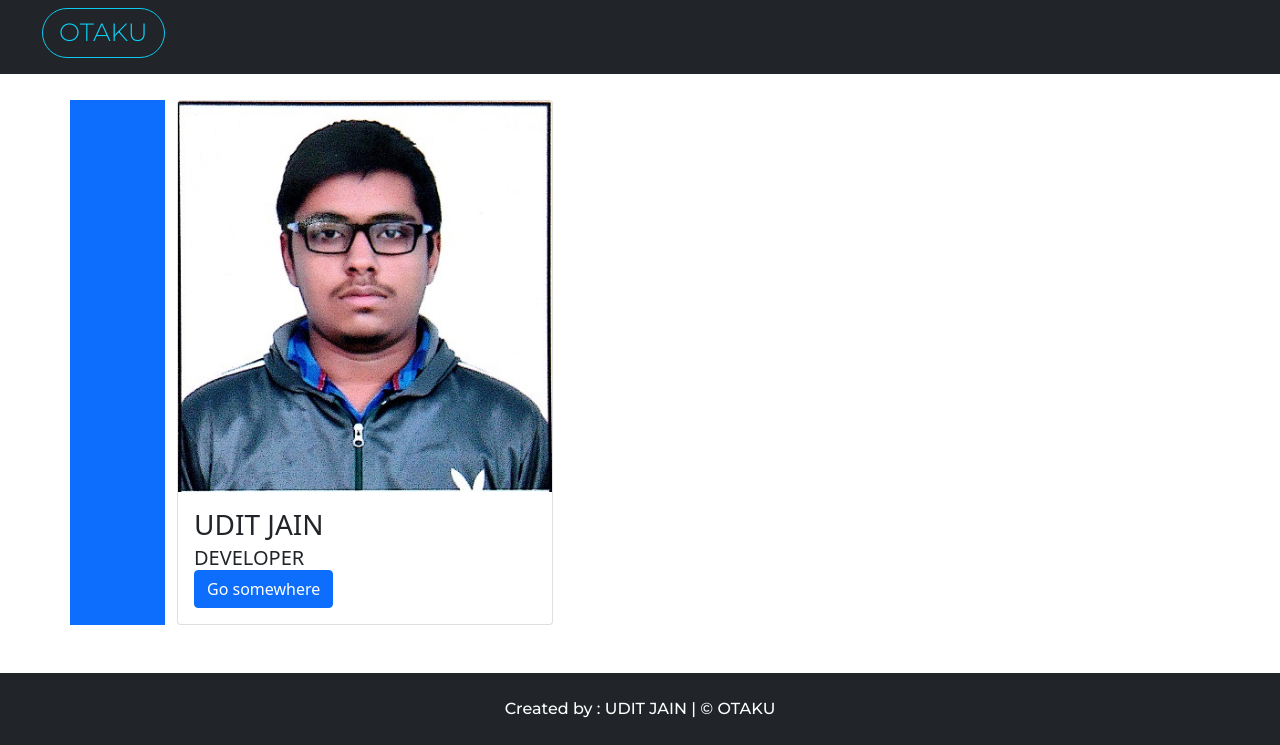
Repository: uditjain100/Responsive-Resume
Page: layouts/index.html
These files come from the project's save history. The page is drawn as it stood at one moment and after the next save; the edit follows.
The browser window is 1280 px wide. The pictures show the whole page.
Some web libraries are served in a nearby version.

Above is the page before, as saved 2021-03-01 13:42:17.

After the next save:
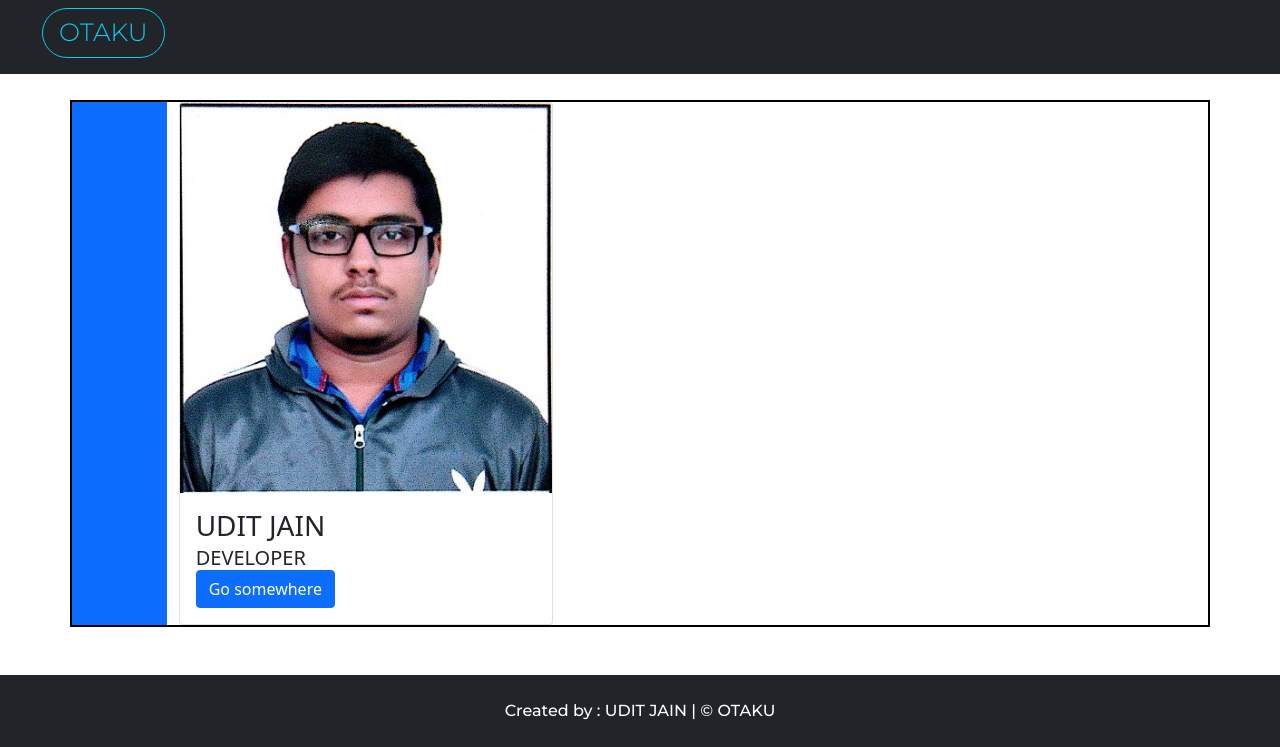
Saved 61 s later.
--- a/layouts/app.css
+++ b/layouts/app.css
@@ -62,6 +62,7 @@ html {
 
 #wholewindow {
   margin-top: 100px;
+  border: 2px black solid;
 }
 
 /* * Common Section */
